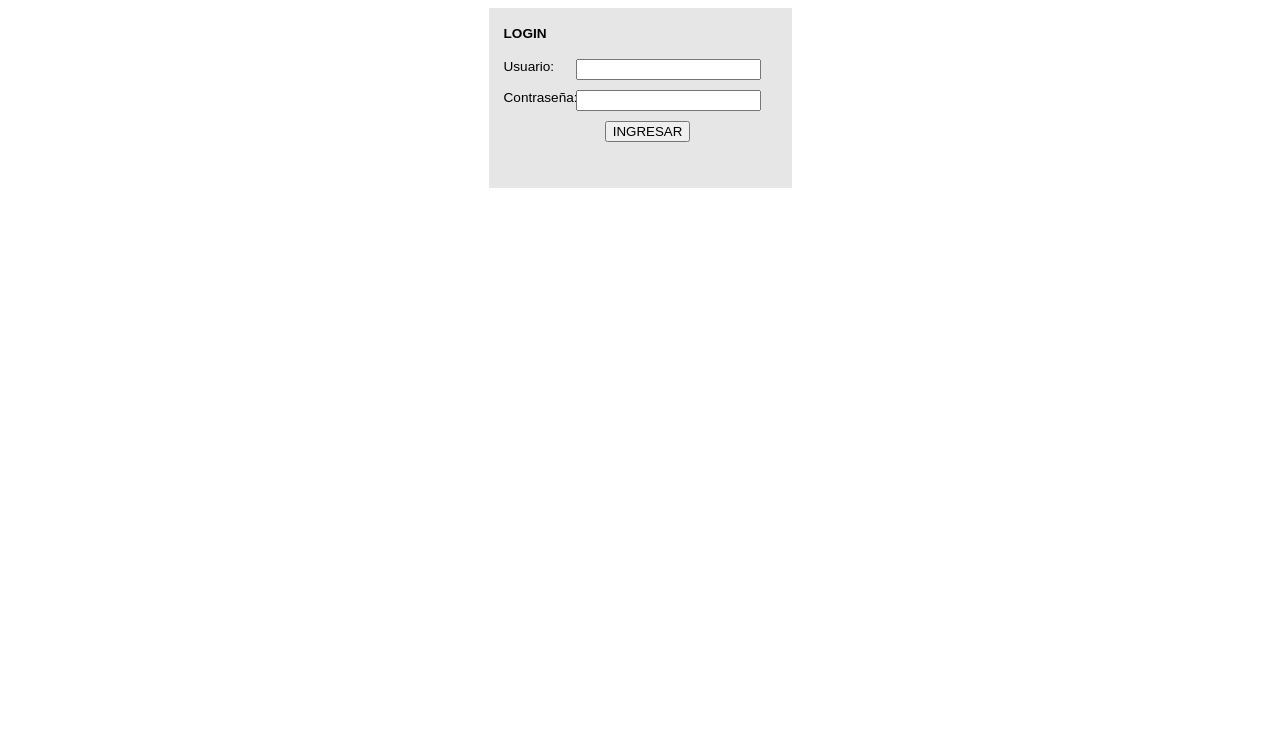
Repository: juanmondragonc/torre-project
Page: http://localhost/torre/login.jsp
An editor plug-in stored every save of this project. The page is shown before and after the next save, followed by the edit.
The browser window is 1280 px wide. The pictures show the whole page.
The page is served by Tomcat 9. Other server files are loaded and not shown.

Above is the page before, as saved 2022-08-10 20:52:14.

### torre/src/main/webapp/login.jsp
<%@ page language="java" contentType="text/html; charset=ISO-8859-1"
    pageEncoding="ISO-8859-1"%>
<!DOCTYPE html>
<html>
<head>
<meta charset="ISO-8859-1">
<link rel="stylesheet" href="css/style.css">
<title>Insert title here</title>
</head>
<body>
	<div class="container">
		<div class="section-login">
			<form method="post" action="login">
				<h4>LOGIN</h4>
				<div class="form-group">
					<div class="col-25">
						<label for="username">Usuario:</label>
					</div>
					<div class="col-75">
						<input id="username" name="username" type="text"/>
					</div>
				</div>
				<div class="form-group">
					<div class="col-25">
						<label for="password">Contraseña:</label>
					</div>
					<div class="col-75">
						<input id="password" name="password" type="password"/>
					</div>
				</div>
				<div class="center">
					<input type="submit" value="INGRESAR"/>
				</div>
			</form>
		</div>
	</div>

</body>
</html>

### torre/src/main/webapp/css/style.css
 body {
 	font-family: sans-serif;
 	font-size: 0.85em;
}
 .container {
 	height: 100vh;
 	width: auto;
 	justify-content: center;
 	display: flex;
 }
 table, th, td {
	border: 1px solid black;
	border-collapse: collapse;
}
.form-group {
 	position: relative;
 	margin-bottom: 10px;
	overflow: hidden;
}
.section-login{
	padding-left: 15px;
	width: 40vh;
	height:25vh;
	background-color: #e7e6e6;
}
.col-25 {
	float: left;
	width: 25%;
}
.col-75 {
	float: left;
	width: 75%;
}
.center{
	align-items:center;
	text-align: center;
}

After the next save:
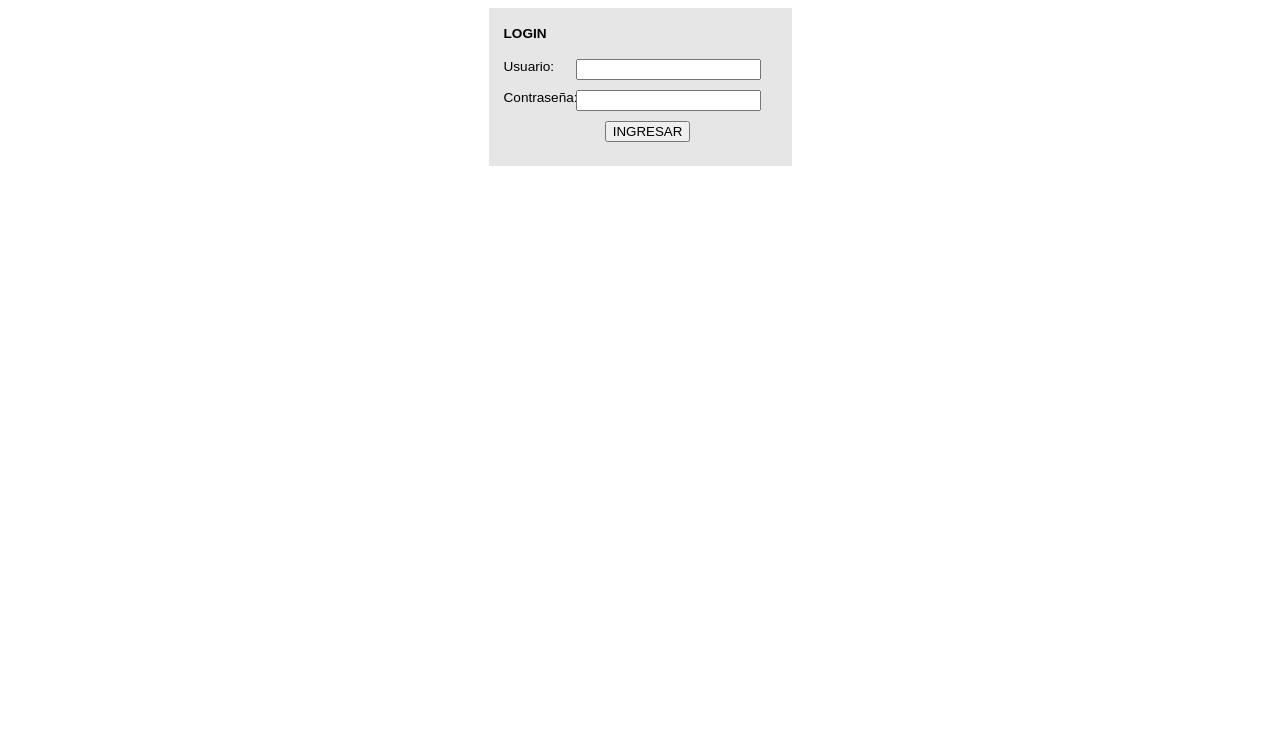
Saved 8 s later.
--- a/torre/src/main/webapp/css/style.css
+++ b/torre/src/main/webapp/css/style.css
@@ -20,7 +20,7 @@
 .section-login{
 	padding-left: 15px;
 	width: 40vh;
-	height:25vh;
+	height:22vh;
 	background-color: #e7e6e6;
 }
 .col-25 {
